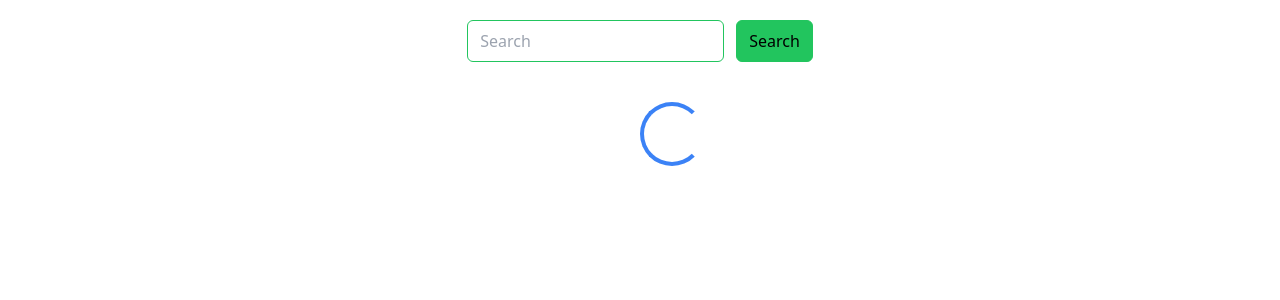
Repository: kimhieu153255/Image-search-app
Page: /
These files come from the project's save history. The page is drawn as it stood at one moment and after a run of saves; the edit follows.
The browser window is 1280 px wide. The pictures show the whole page.
The page's requests for data from a server got no answer. The project was rebuilt for these pictures with package versions that can differ from the ones it lists, and the page was loaded fresh each time. No one was signed in, and anything a server would have sent is missing. Also part of the build but not shown: vite.config.js, src/Components/Card/Card.jsx.

Above is the page before, as saved 2023-10-27 01:16:11.

After the next 2 saves:
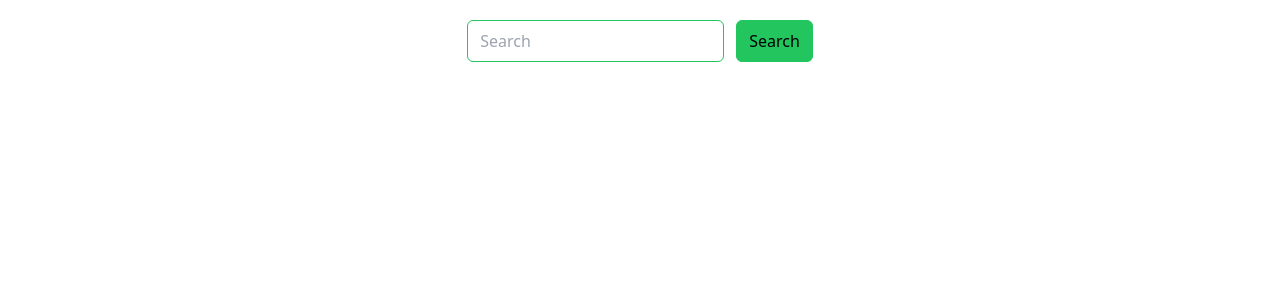
The 2 saves are shown as one change because they came seconds apart.
The last was saved 15 s later.
--- a/src/App.jsx
+++ b/src/App.jsx
@@ -10,15 +10,11 @@ function App() {
 
   useEffect(() => {
     const handleScroll = () => {
-      setTimeout(() => {
-        setIsLoading(true);
-        const scrollY = window.scrollY || window.pageYOffset;
-        const windowHeight = window.innerHeight;
-        const viewHeight = document.body.scrollHeight;
-        if (scrollY + windowHeight >= viewHeight)
-          setDataFuncRef.current(page + 1);
-      }, 2000);
-      setIsLoading(false);
+      const scrollY = window.scrollY || window.pageYOffset;
+      const windowHeight = window.innerHeight;
+      const viewHeight = document.body.scrollHeight;
+      if (scrollY + windowHeight >= viewHeight)
+        setDataFuncRef.current(page + 1);
     };
     window.addEventListener("scroll", handleScroll);
     return () => {
